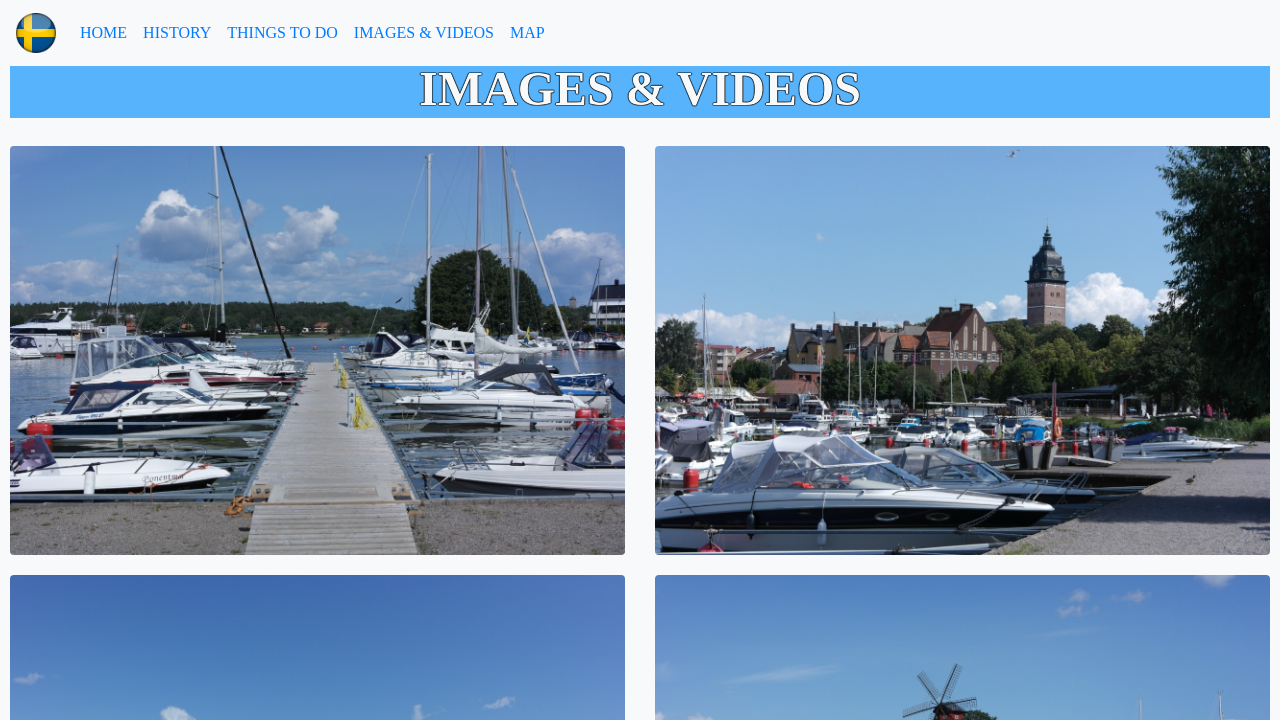
Repository: kososwede/first-project
Page: images+videos.html
The author's editor kept a record of every edit. The page is drawn from the files as they stood at one moment, then again after the next edit.
The browser window is 1280 px wide. The pictures show the whole page.
An inner scrolling area shows only its first screen. Some web fonts or font styles are not loaded; a fallback is used.

Above is the page before.

### images+videos.html
<!DOCTYPE html>
<html lang="en">

<head>
  <meta charset="UTF-8">
  <meta name="viewport" content="width=device-width, initial-scale=1.0">
  <meta http-equiv="X-UA-Compatible" content="ie=edge">
  <link rel="stylesheet" href="https://stackpath.bootstrapcdn.com/bootstrap/4.3.1/css/bootstrap.min.css" integrity="sha384-ggOyR0iXCbMQv3Xipma34MD+dH/1fQ784/j6cY/iJTQUOhcWr7x9JvoRxT2MZw1T" crossorigin="anonymous">
  <link rel="stylesheet" href="https://stackpath.bootstrapcdn.com/font-awesome/4.7.0/css/font-awesome.min.css" type="text/css" />
  <link rel="stylesheet" href="https://cdnjs.cloudflare.com/ajax/libs/ionicons/2.0.1/css/ionicons.min.css">
  <link rel="stylesheet" href="https://cdnjs.cloudflare.com/ajax/libs/hover.css/2.3.1/css/hover-min.css" integrity="sha256-c+C87jupO1otD1I5uyxV68WmSLCqtIoNlcHLXtzLCT0=" crossorigin="anonymous" />
  <link rel="stylesheet" href="assets/css/style.css" type="text/css" />

  <title>Welcome To Strängnäs</title>

</head>

<body>

  <!--nav-->

  <nav class="navbar navbar-expand-lg navbar-light bg-light fixed-top">
    <a class="navbar-brand" href="index.html"><img class="image-size" src="assets/images/sweden-flag-png-1.png" alt="sweden flag"></a>
    <button class="navbar-toggler" type="button" data-toggle="collapse" data-target="#navbarNavAltMarkup" aria-controls="navbarNavAltMarkup" aria-expanded="false" aria-label="Toggle navigation">
    <span class="navbar-toggler-icon"></span>
  </button>
    <div class="collapse navbar-collapse" id="navbarNavAltMarkup">
      <div class="navbar-nav">
        <a class="nav-item nav-link text-primary" href="index.html">HOME<span class="sr-only">(current)</span></a>
        <a class="nav-item nav-link text-primary" href="history.html">HISTORY</a>
        <a class="nav-item nav-link text-primary" href="places.html">THINGS TO DO</a>
        <a class="nav-item nav-link text-primary" href="images+videos.html">IMAGES & VIDEOS</a>
        <a class="nav-item nav-link text-primary" href="map.html">MAP</a>
      </div>
    </div>
  </nav>

  <!--main-->

  <div id="container">
    <h1 class="imagesvideos">IMAGES & VIDEOS</h1>
    <div class="row">
      <div class="col-sm-12 col-md-6">
        <img src="assets/images/pic1.jpg" alt="strängnäs harbour" class="rounded float-center img-fluid">
      </div>
      <div class="col-sm-12 col-md-6">
        <img src="assets/images/pic2.jpg" alt="strängnäs harbour with church" class="rounded float-center img-fluid">
      </div>
    </div>
    <div class="row">
      <div class="col-sm-12 col-md-6">
        <img src="assets/images/pic3.jpg" alt="strängnäs harbour with church and windmill" class="rounded float-center img-fluid">
      </div>
      <div class="col-sm-12 col-md-6">
        <img src="assets/images/pic4.jpg" alt="strängnäs harbour with windmill" class="rounded float-center img-fluid">
      </div>
    </div>
    <div class="row">
      <div class="col-sm-12 col-md-6">
        <img src="assets/images/pic9.jpg" alt="strängnäs lake frozen" class="rounded float-center img-fluid">
      </div>
      <div class="col-sm-12 col-md-6">
        <img src="assets/images/pic19.jpg" alt="strängnäs harbour" class="rounded float-center img-fluid">
      </div>
    </div>
    <div class="row">
      <div class="col-sm-12 col-md-6">
        <img src="assets/images/pic18.jpg" alt="strängnäs harbour" class="rounded float-center img-fluid">
      </div>
      <div class="col-sm-12 col-md-6">
        <img src="assets/images/pic17.jpg" alt="strängnäs harbour" class="rounded float-center img-fluid">
      </div>
    </div>
    <div class="row">
      <div class="col-sm-12 col-md-6">
        <img src="assets/images/pic6.jpg" alt="view of strängnäs from afar" class="rounded float-center img-fluid">
      </div>
      <div class="col-sm-12 col-md-6">
        <img src="assets/images/pic8.jpg" alt="strängnäs harbour" class="rounded float-center img-fluid">
      </div>
    </div>
    <div class="row">
      <div class="col-sm-6 col-md-6">
        <img src="assets/images/pic14.jpg" alt="hepatica flowers" class="rounded float-center img-fluid">
      </div>
      <div class="col-sm-6 col-md-6">
        <img src="assets/images/pic12.jpg" alt="frozen water on rocks" class="rounded float-center img-fluid">
      </div>
    </div>
   </div>

   <div class="container">
  <img src="assets/images/strangnaspic.jpg" alt="video of strängnäs" class="rounded float-center img-fluid" >
  <button class="btn"><a href="https://www.youtube.com/embed/J5FrnGHEJdw" target="_blank">WATCH VIDEO</a></button>
</div>

 <hr>
  <!--footer-->

  <div class="footer-basic">
    <footer>
      <div class="social"><a href="#"><i class="icon ion-social-instagram"></i></a><a href="#"><i class="icon ion-social-snapchat"></i></a><a href="#"><i class="icon ion-social-twitter"></i></a><a href="#"><i class="icon ion-social-facebook"></i></a></div>
      <h2>For more information about Strängnäs and the surrounding area search for "Södermanland" in the social media links above or enter your Email below to receive up to date offers and discounts on activities and restaurants in the whole of Södermanland.</h2>
   <form class="form-inline justify-content-center">
        <div class="form-group">
          <input type="email" class="form-control" id="email" placeholder="Enter email">
          <button type="submit" class="btn btn-primary">Submit</button>
        </div>
      </form>



    </footer>
    <p class="copyright">Chris McIlgrew © 2019</p>

  </div>




  <script src="https://code.jquery.com/jquery-3.3.1.slim.min.js" integrity="sha384-q8i/X+965DzO0rT7abK41JStQIAqVgRVzpbzo5smXKp4YfRvH+8abtTE1Pi6jizo" crossorigin="anonymous"></script>
  <script src="https://cdnjs.cloudflare.com/ajax/libs/popper.js/1.14.7/umd/popper.min.js" integrity="sha384-UO2eT0CpHqdSJQ6hJty5KVphtPhzWj9WO1clHTMGa3JDZwrnQq4sF86dIHNDz0W1" crossorigin="anonymous"></script>
  <script src="https://stackpath.bootstrapcdn.com/bootstrap/4.3.1/js/bootstrap.min.js" integrity="sha384-JjSmVgyd0p3pXB1rRibZUAYoIIy6OrQ6VrjIEaFf/nJGzIxFDsf4x0xIM+B07jRM" crossorigin="anonymous"></script>
</body>

</html>

### assets/css/style.css
@import url('https://fonts.googleapis.com/css?family=Sniglet&display=swap');
@import url('https://fonts.googleapis.com/css?family=Courgette&display=swap');
@import url('https://fonts.googleapis.com/css?family=DM+Serif+Display&display=swap');
body,
html {
    width: 100%;
    height: 100%;
    overflow-x: hidden;
    background-color:#f8f9fa;

}

body {
    font-family: 'Source Sans Pro';
   }


 /*-------------------------------------navbar--------------------*/
 navbar {
     margin-right: 10px;
 }


.image-size {
    height: 40px;
}

/*------------------------------------landing page------------*/

.masthead {
    min-height: 30rem;
    position: relative;
    display: table;
    width: 100%;
    height: 100%;
    padding-top: 0rem;
    padding-bottom: 0rem;
    background: -webkit-gradient(linear, left top, right top, from(rgba(255, 255, 255, 0.1)), to(rgba(255, 255, 255, 0.1))), url("../images/viewofstrangnas1.jpg");
    background: linear-gradient(90deg, rgba(255, 255, 255, 0.1) 0%, rgba(255, 255, 255, 0.1) 100%), url("../images/viewofstrangnas1.jpg");
    background-image: url(../images/viewofstrangnas1.jpg);
    background-position: center center;
    background-repeat: no-repeat;
    background-size: cover;

}

h1 {
    font-weight: bolder;
    color: #dece0e;
    text-shadow: #000 0px 0px 1px, #000 0px 0px 1px, #000 0px 0px 1px,
    #000 0px 0px 1px, #000 0px 0px 1px, #000 0px 0px 1px;
    font-size: 3rem;

}

h3 {
    color: #fff;
    text-shadow: #000 0px 0px 1px, #000 0px 0px 1px, #000 0px 0px 1px,
    #000 0px 0px 1px, #000 0px 0px 1px, #000 0px 0px 1px;
}

#container {
    padding: 10px;
    margin-left: 0px;
    margin-right: 0px;
    display: inline-block;
    text-align: center;
    background-color: #f8f9fa;
    width: 100%;

}
p {
    font-weight: bold;
    padding-top: 20px;
    padding-left: 25px;
    padding-right: 25px;
}

hr {
    width: 50%;
}

/*-------------------------------------history*/

.history {
    color: #f8f9fa;
    background-color: #56b3fc;
    text-align: center;
    margin-top: 50px;
}

.history-sub-head1 {
   font-family: 'DM Serif Display', serif;
    padding-left: 10px;
    padding-top: 20px;
    font-size: 35px;
    color: #56b3fc ;
     text-shadow: -1px 0 black, 0 1px black, 1px 0 black, 0 -1px black;
}








/*-------------------------------------places-------------------------*/

.to-do {
    color: #f8f9fa;
    background-color: #56b3fc;
    text-align: center;
    margin-top: 50px;

}

.to-do-sub-head1 {
    font-family: 'DM Serif Display', serif;
    padding-left: 10px;
    padding-top: 20px;
    font-size: 35px;
    color: #56b3fc ;
     text-shadow: -1px 0 black, 0 1px black, 1px 0 black, 0 -1px black;
}



.img-fluid {
    width: 100%;
    height: auto;
}



.col-md-6 {
    padding-top: 20px;
    padding-right: 15px;
    text-align: center;


}




/*-------------------------------------images videos-------------------------*/


/* Style the button and place it in the middle of the container/image */


img .btn {
  position: absolute;
  top: 50%;
  left: 50%;
  transform: translate(-50%, -50%);
  -ms-transform: translate(-50%, -50%);
  background-color: #D5D0CD;
  color: #f8f9fa;
  font-size: 16px;
  padding: 12px 24px;
  border: none;
  cursor: pointer;
  border-radius: 5px;
}

/* Container needed to position the button. Adjust the width as needed */
.container {
  position: relative;
  width: 100%;
   background-color: #f8f9fa;
   text-align: center;
}
div .container {
   padding-right: 0px;
    padding-left: 0px;
    margin: 0px;
    text-decoration: none;
     background-color: #f8f9fa;
}

/* Make the image responsive */
.container img {
  width: 90%;
  height: auto;
  background-color: #f8f9fa;

}

/* Style the button and place it in the middle of the container/image */
.container .btn {
  position: absolute;
  top: 50%;
  left: 50%;
  transform: translate(-50%, -50%);
  -ms-transform: translate(-50%, -50%);
  background-color: #F9F3F0;
  color: white;
  font-size: 16px;
  padding: 12px 24px;
  border: none;
  cursor: pointer;
  border-radius: 5px;
  transition: ease-in-out;
  transition-duration: 0.5s;
  font-weight: 500;
}

.container .btn:hover {
  background-color: #D5D0CD;


}
.imagesvideos {
    color: #f8f9fa;
    background-color: #56b3fc;
    text-align: center;
    margin-top: 50px;
    }

.col-sm-12 .col-md-6 {
    margin: 5px;
    padding: 20px 15px 0;

}

.col-sm-6 {

    padding-top: 20px;
    padding-right: 15px;
    text-align: center;
}


.embed-responsive-item {
    padding: 20px 15px 0;
}



/*----------------------------------------map-------------------------------*/

.map-container-4{
overflow:hidden;
padding-bottom:56.25%;
position:relative;
height:0;
}
.map-container-4 iframe{
left:0;
top:0;
height:100%;
width:100%;
position:absolute;
}

/*-----------------------------------------footer--*/

.footer-basic {
    padding: 0px 0;
    background-color: #f8f9fa;
    color: #4b4c4d;
}

.footer-basic ul {
    padding-left: 50px;
    padding-right: 50px;
    list-style: none;
    text-align: center;
    font-size: 18px;
    line-height: 1.6;
    margin-bottom: 0;
}

.footer-basic li {
    padding: 0 10px;
}

.footer-basic ul a {
    color: inherit;
    text-decoration: none;
    opacity: 0.8;
}

.footer-basic ul a:hover {
    opacity: 1;
}

.footer-basic .social {
    text-align: center;
    padding-bottom: 25px;
    padding-top: 25px;
}

.footer-basic .social>a {
    font-size: 24px;
    width: 40px;
    height: 40px;
    line-height: 40px;
    display: inline-block;
    text-align: center;
    border-radius: 50%;
    border: 1px solid #ccc;
    margin: 0 8px;
    color: inherit;
    opacity: 0.75;

}

.footer-basic .social>a:hover {
    opacity: 0.9;
}

.footer-basic .copyright {
    margin-top: 15px;
    text-align: center;
    font-size: 13px;
    color: #aaa;
    margin-bottom: 0;
    padding-bottom: 15px;
}

.footer-basic h2 {
    font-size: 25px;
    font-style: italic;
    margin-left: 50px;
    margin-right: 50px;
    text-align: center;
}

btn {
    margin-top: 0;
}

After the next edit:
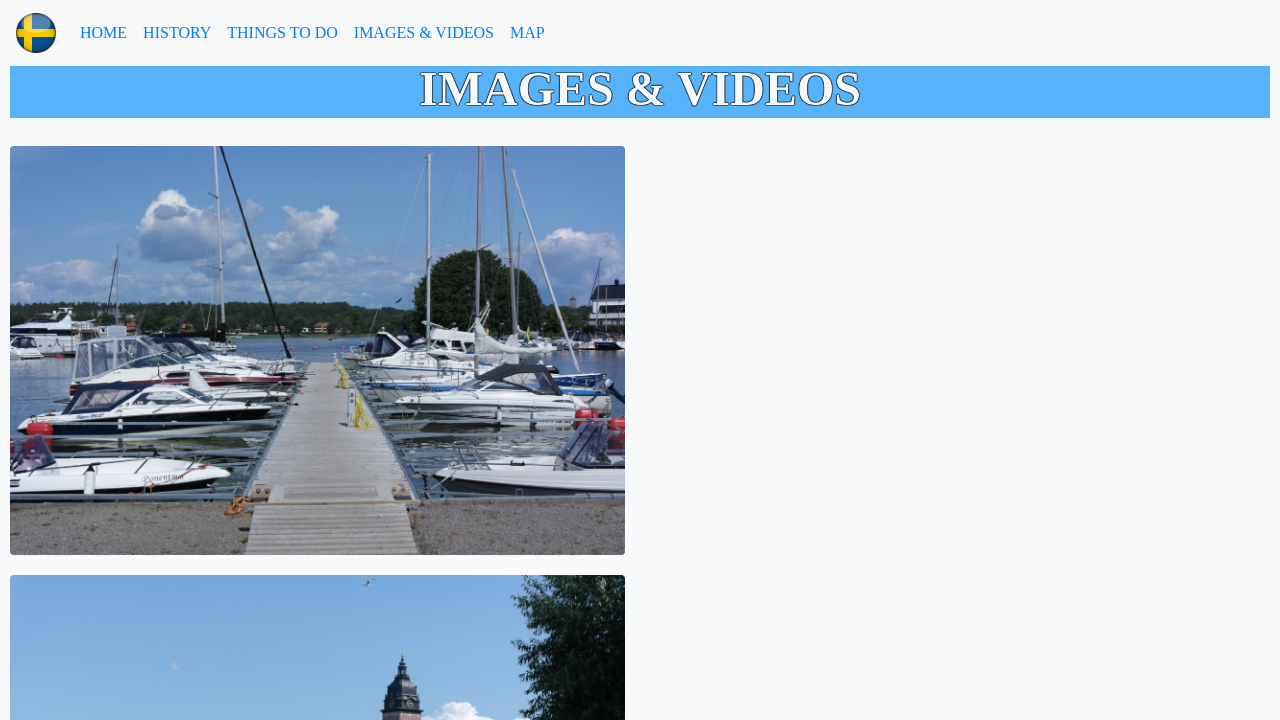
The edit:
--- a/images+videos.html
+++ b/images+videos.html
@@ -41,6 +41,7 @@
     <h1 class="imagesvideos">IMAGES & VIDEOS</h1>
     <div class="row">
       <div class="col-sm-12 col-md-6">
+        <a href="assets/images/pic1.jpg" target="_blank">
         <img src="assets/images/pic1.jpg" alt="strängnäs harbour" class="rounded float-center img-fluid">
       </div>
       <div class="col-sm-12 col-md-6">

After the edit that followed:
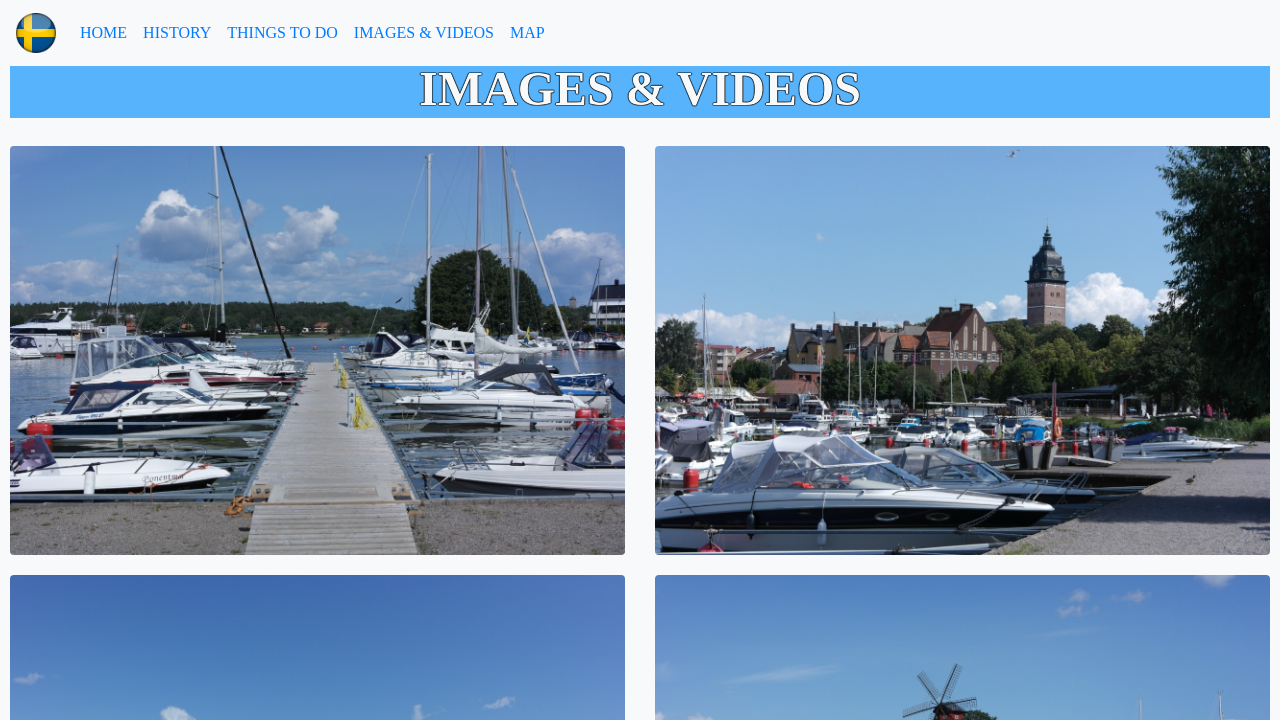
The edit:
--- a/images+videos.html
+++ b/images+videos.html
@@ -45,6 +45,7 @@
         <img src="assets/images/pic1.jpg" alt="strängnäs harbour" class="rounded float-center img-fluid">
       </div>
       <div class="col-sm-12 col-md-6">
+         <a href="assets/images/pic1.jpg" target="_blank">
         <img src="assets/images/pic2.jpg" alt="strängnäs harbour with church" class="rounded float-center img-fluid">
       </div>
     </div>
